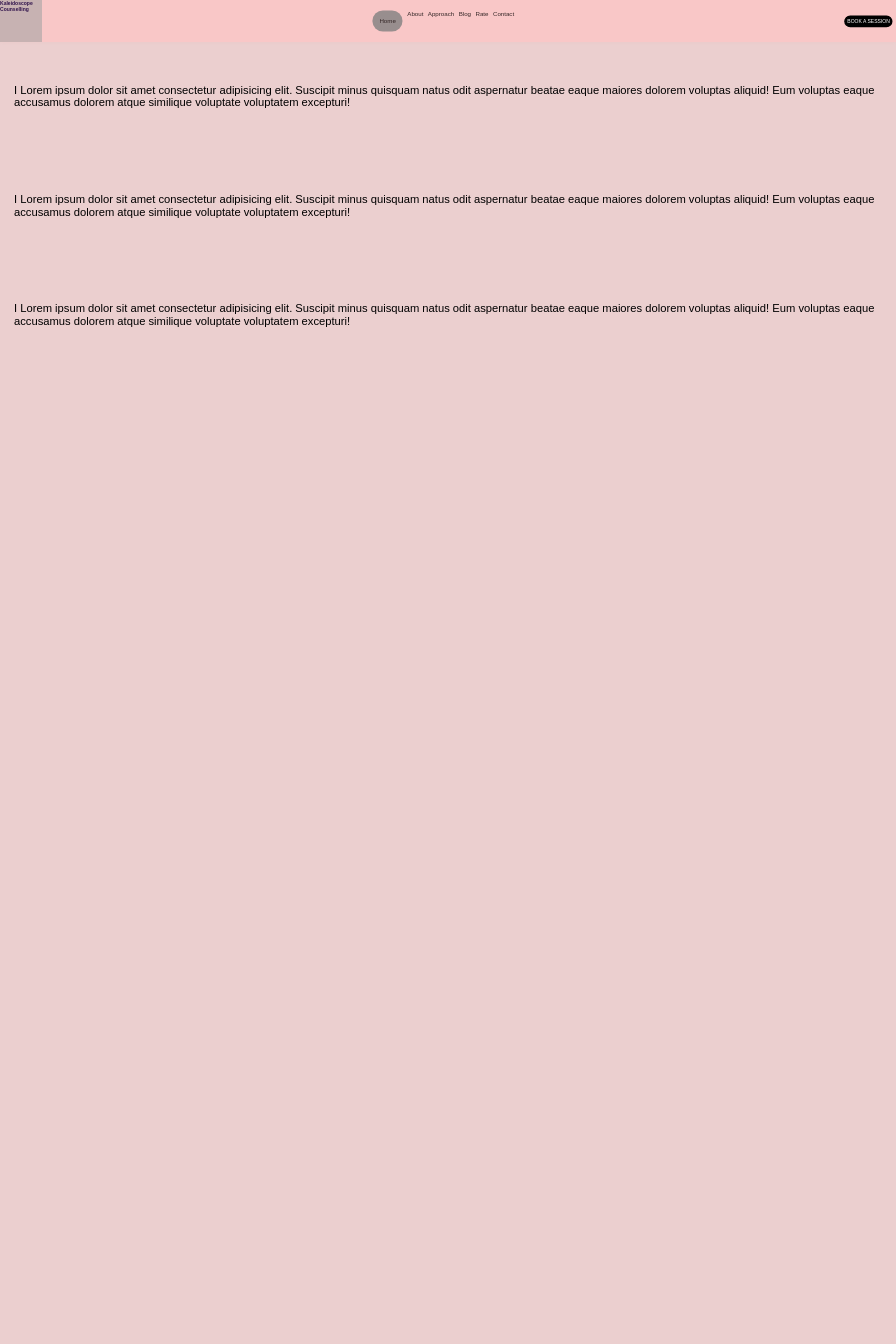
Repository: voutadi/ava-website
Page: index.html
An editor plug-in stored every save of this project. The page is shown before and after the next save, followed by the edit.
The browser window is 1280 px wide. The pictures show the part of the page from y = 0 to 1920 px (the page is 3120 px tall), at 70% of full size.
The first visible `.navbar a` is being pressed.

Above is the page before, as saved 2024-07-04 01:36:13.

After the next save:
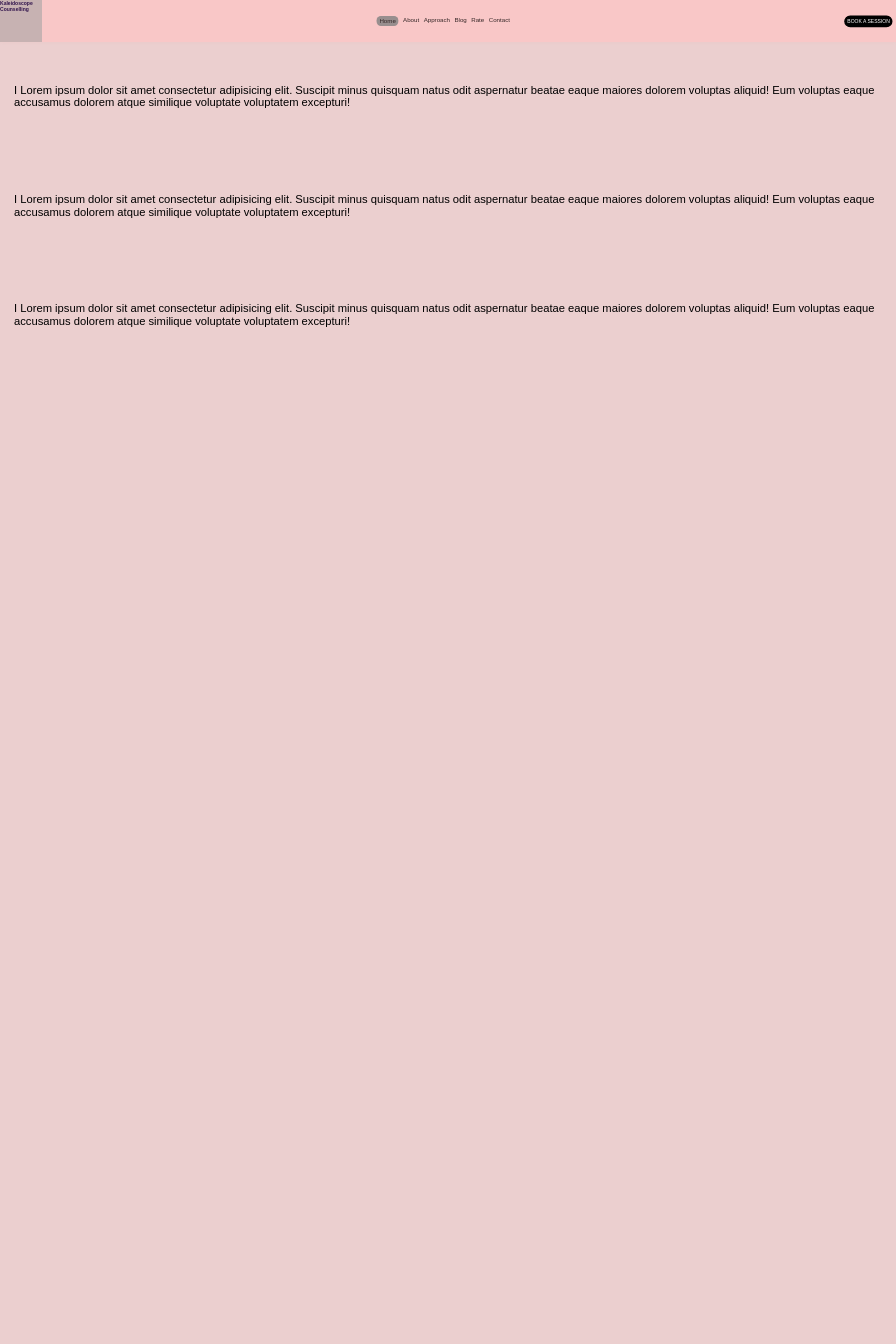
Saved 28 s later.
--- a/styles/style.css
+++ b/styles/style.css
@@ -65,9 +65,7 @@ header {
 
 .navbar a:active {
   background-color: rgb(152, 142, 142);
-  padding: 10px 10px;
-  border-radius: 16px;
-  transition: 0.15s;
+
 }
 
 button {
